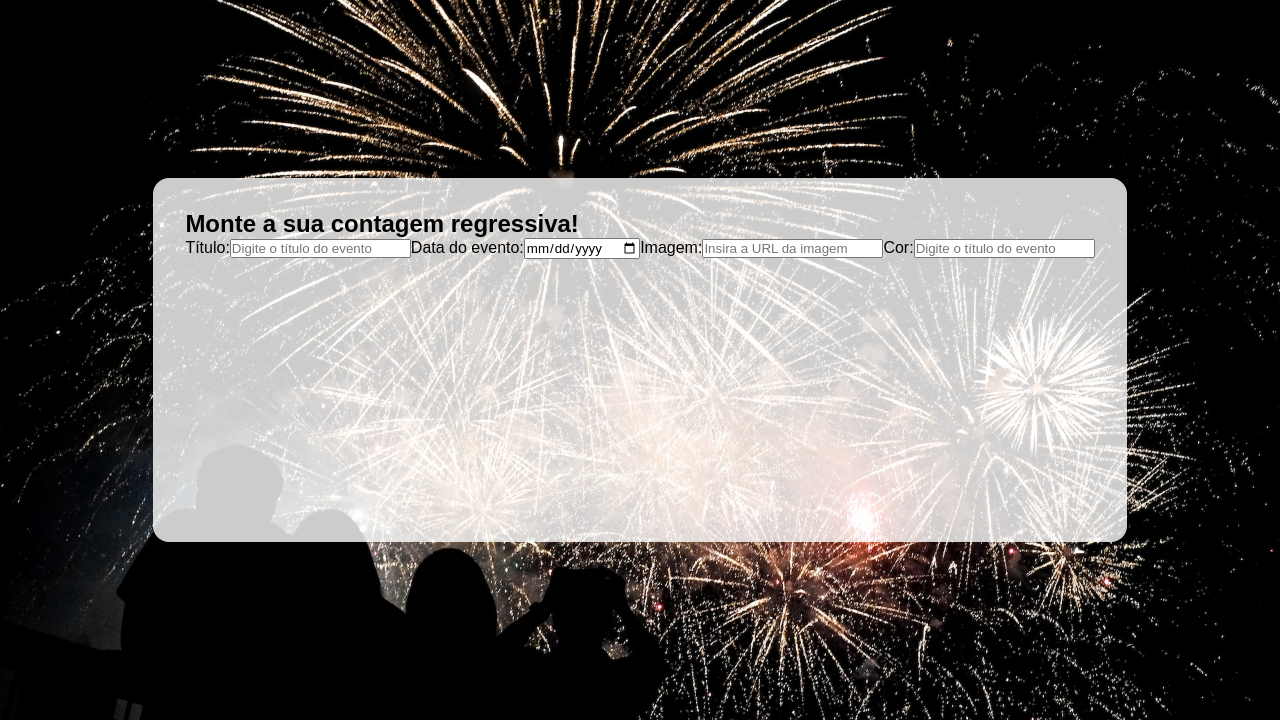
Repository: Bitroia/countdown_timer
Page: / (app in countdown/)
The author's editor kept a copy of each file at every save. The page is drawn from the files as they stood at one save, then again after a run of saves.
The browser window is 1280 px wide. The pictures show the whole page.
The project was rebuilt for these pictures with package versions that can differ from the ones it lists, and the page was loaded fresh each time. Also part of the build but not shown: countdown/vite.config.js, countdown/src/components/Title.css, countdown/src/components/Title.jsx, countdown/src/components/Counter.css, countdown/src/components/Counter.jsx, countdown/src/routes/Countdown.jsx.

Above is the page before, as saved 2026-07-07 20:07:25.

### countdown/index.html
<!doctype html>
<html lang="en">
  <head>
    <meta charset="UTF-8" />
    <link rel="icon" type="image/svg+xml" href="/favicon.svg" />
    <meta name="viewport" content="width=device-width, initial-scale=1.0" />
    <title>countdown</title>
  </head>
  <body>
    <div id="root"></div>
    <script type="module" src="/src/main.jsx"></script>
  </body>
</html>

### countdown/src/main.jsx
import { StrictMode } from "react";
import { createRoot } from "react-dom/client";
import "./index.css";
import App from "./App.jsx";

import { createBrowserRouter, RouterProvider } from "react-router-dom";

//!Pages

import Home from "./routes/Home.jsx";
import Countdown from "./routes/Countdown.jsx";

const router = createBrowserRouter([
  {
    path: "/",
    element: <App />,
    children: [
      {
        path: "/",
        element: <Home />,
      },
      {
        path: "/countdown",
        element: <Countdown />,
      },
    ],
  },
]);

createRoot(document.getElementById("root")).render(
  <StrictMode>
    <RouterProvider router={router} />
  </StrictMode>,
);

### countdown/src/index.css
* {
  margin: 0;
  padding: 0;
  font-family: Arial, Helvetica, sans-serif;

}

body {
  min-height: 100vh;
}

### countdown/src/App.jsx
import "./App.css";
import NewYear from "./assets/newyear.jpg";
import useCountdown from "./hooks/useCountdown";
import { Outlet } from "react-router-dom";

function App() {

  return (
    <div className="app" style={{ backgroundImage: `url(${NewYear})` }}>
      <div className="container">
        <Outlet/>
        </div>

      </div>
  );
}

export default App;

### countdown/src/routes/Home.jsx
import React from "react";

const Home = () => {
  return (
    <div className="Home">
      <h2>Monte a sua contagem regressiva!</h2>
      <form className="countdown-form">
        <label>
          <span>Título:</span>
          <input
            type="text"
            name="title"
            placeholder="Digite o título do evento"
          />
        </label>

        <label>
          <span>Data do evento:</span>
          <input type="date" name="date" />
        </label>
        <label>
          <span>Imagem:</span>
          <input
            type="text"
            name="image"
            placeholder="Insira a URL da imagem"
          />
        </label>
        <label>
          <span>Cor:</span>
          <input
            type="text"
            name="title"
            placeholder="Digite o título do evento"
          />
        </label>
      </form>
    </div>
  );
};

export default Home;

### countdown/src/App.css
.app {
  min-height: 100vh;
  background-size: cover;
  background-position: center;
  display: flex;
  justify-content: center;
  align-items: center;
}

.container {
  min-width: 50%;
  min-height: 300px;
  background-color: rgba(255, 255, 255, 0.8);
  padding: 2rem;
  border-radius: 1rem;
}

.countdown-container {
  display: flex;
  justify-content: center;
  align-items: center;
  height: 200px;
  gap: 2rem;
}

### countdown/src/hooks/useCountdown.jsx
import { useState } from "react";

const useCountdown = (date) => {
  const [day, setDay] = useState();
  const [hour, setHour] = useState();
  const [minute, setMinute] = useState();
  const [second, setSecond] = useState();

  const countdown = () => {

    const countDate = new Date(date).getTime();
    const now = new Date().getTime();
    const interval = countDate - now;

    const second = 1000;
    const minute = second * 60;
    const hour = minute * 60;
    const day = hour * 24;

    const dayNumber = Math.floor(interval / day);
    const hourNumber = Math.floor((interval % day) / hour);
    const minuteNumber = Math.floor((interval % hour) / minute);
    const secondNumber = Math.floor((interval % minute) / second);

    setDay(dayNumber);
    setHour(hourNumber);
    setMinute(minuteNumber);
    setSecond(secondNumber);
  };

  setInterval(countdown, 1000);
  return [day,hour,minute,second];
};

export default useCountdown;

After the next 3 saves:
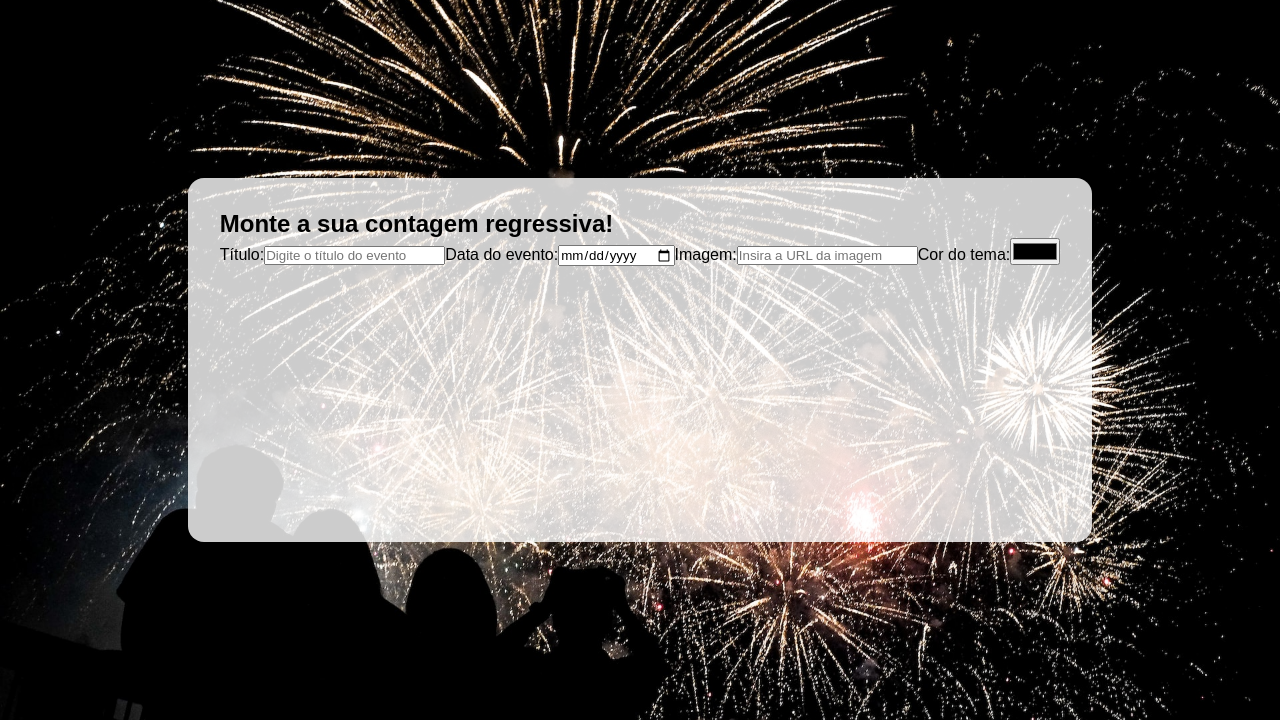
The 3 saves are shown as one change because they came seconds apart.
The last was saved 10 s later.
--- a/countdown/src/routes/Home.jsx
+++ b/countdown/src/routes/Home.jsx
@@ -27,10 +27,10 @@ const Home = () => {
           />
         </label>
         <label>
-          <span>Cor:</span>
+          <span>Cor do tema:</span>
           <input
-            type="text"
-            name="title"
+            type="color"
+            name="color"
             placeholder="Digite o título do evento"
           />
         </label>
